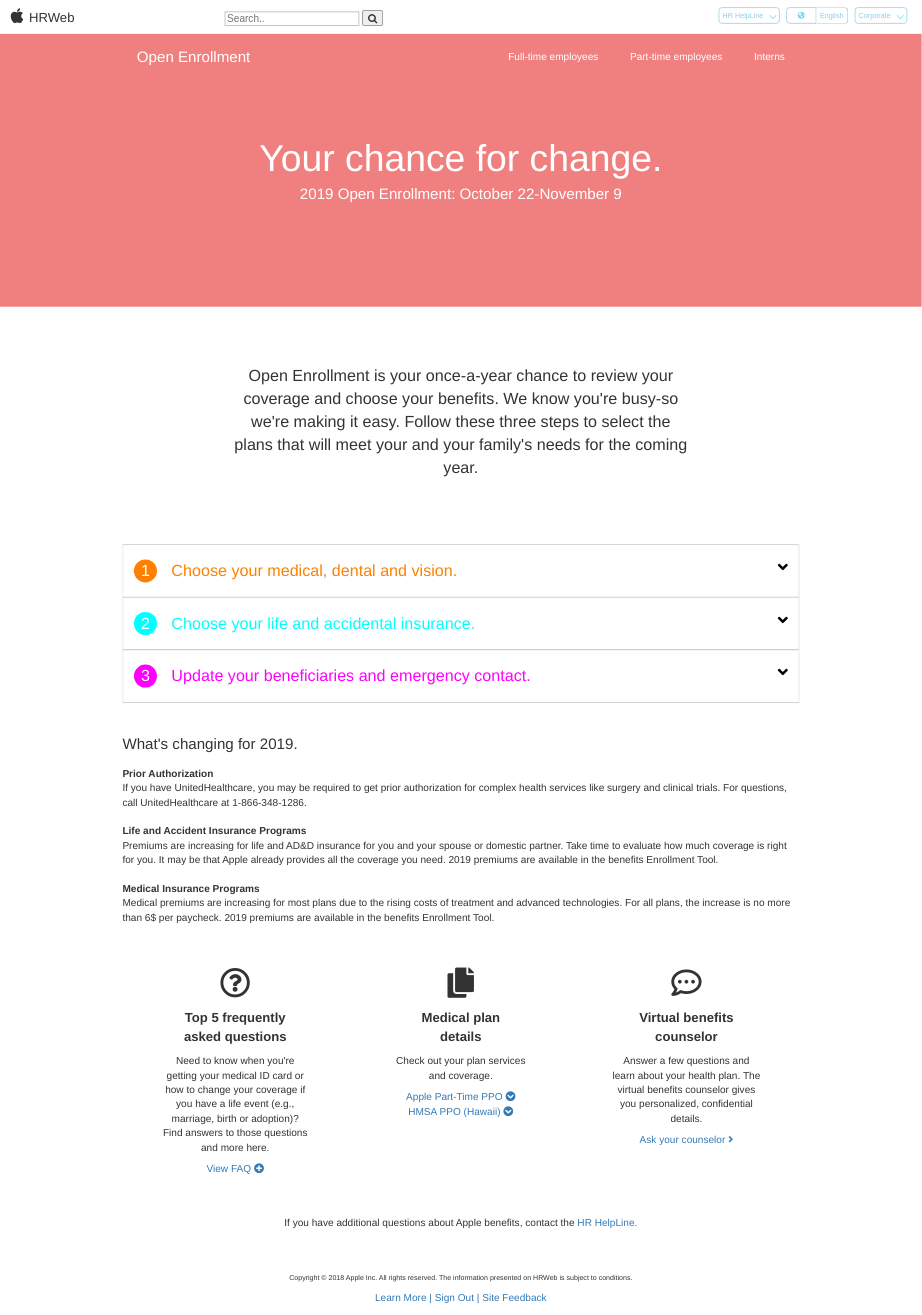
Repository: rmcc0724/templates
Page: index.html
The author's editor kept a record of every edit. The page is drawn from the files as they stood at one moment, then again after the next edit.
The browser window is 1280 px wide. The pictures show the whole page, at 72% of full size.
Some web libraries are served in a nearby version.

Above is the page before.

### index.html
<!DOCTYPE html>
<html lang="en">
<head>
  <meta name="viewport" content="width=device-width, initial-scale=1" <title>
  </title>
  <link rel="stylesheet" href="https://use.fontawesome.com/releases/v5.5.0/css/all.css" integrity="sha384-B4dIYHKNBt8Bc12p+WXckhzcICo0wtJAoU8YZTY5qE0Id1GSseTk6S+L3BlXeVIU" crossorigin="anonymous">
  <link rel="stylesheet" href="https://maxcdn.bootstrapcdn.com/bootstrap/3.3.7/css/bootstrap.min.css">
  <link rel="stylesheet" href="https://cdnjs.cloudflare.com/ajax/libs/font-awesome/4.7.0/css/font-awesome.min.css">
  <script src="https://ajax.googleapis.com/ajax/libs/jquery/3.3.1/jquery.min.js"></script>
  <script src="https://maxcdn.bootstrapcdn.com/bootstrap/3.3.7/js/bootstrap.min.js"></script>
  <script src="https://cdnjs.cloudflare.com/ajax/libs/popper.js/1.14.5/umd/popper.min.js"></script>
  <link rel="stylesheet" href="css/normalize.css">
  <link rel="stylesheet" href="css/style.css">
  <link rel="stylesheet" href="css/responsive.css">
</head>
<body>
  <div id="top-items">
    <p><i class="fab fa-apple fa-x3"></i>HRWeb</p>
    <div class="searchForm example">
      <input type="text" placeholder="Search.." name="search">
      <button type="submit"><i class="fa fa-search"></i></button>
    </div>

    <div class="dropdownItems">
      <div class="dropdown">
        <button class="dropbtn">HR HelpLine<i class="arrow down"></i></button>
        <div id="myDropdown" class="dropdown-content">
          <a href="#hrhelpline">1800-HR</a>
        </div>
      </div>
      <div class="dropdown earth">
        <button class="dropbtn"><i class="fas fa-globe-americas"></i></button>
        <div id="myDropdown" class="dropdown-content">
        </div>
      </div><div class="dropdown">
        <button class="dropbtn eng">English</button>
        <div id="myDropdown" class="dropdown-content">
          <a href="#hrhelpline">English</a>
        </div>
      </div>
      <div class="dropdown">
        <button class="dropbtn">Corporate<i class="arrow down"></i></button>
        <div id="myDropdown" class="dropdown-content">
          <a href="#hrhelpline">Corporate</a>
        </div>
      </div>
    </div>
  </div>
  <header>
    <div class="nav-links">
      <h3>Open Enrollment</h3>
      <nav>
        <ul>
          <li><a href="#">Full-time employees</a></li>
          <li><a href="#">Part-time employees</a></li>
          <li><a href="#">Interns</a></li>
        </ul>
      </nav>
    </div>
    <div class="change">
      <h1 class="text-center">Your chance for change.</h1>
      <h4 class="text-center">2019 Open Enrollment: October 22-November 9</h4>
    </div>
  </header>
  <div class="container">
    <div class="chance">
      <p>Open Enrollment is your once-a-year chance to review your coverage and choose your benefits. We know you're busy-so we're making it easy. Follow these three steps to select the plans that will meet your and your family's needs for the coming year.</p>
      <!----Here I used the bootstrap accordion function -->
      <div class="panel-group" id="accordion">
        <div class="panel panel-default panel_1">
          <div class="panel-heading">
            <h4 class="panel-title">
              <a data-toggle="collapse" data-parent="#accordion" href="#collapse1"><span class="nums num1">1 </span><span>Choose your medical, dental and vision.</span><i class="fas fa-angle-down"></i></a>
            </h4>
          </div>
          <div id="collapse1" class="panel-collapse collapse">
            <div class="panel-body">Medical, dental, and vision info here.</div>
          </div>
        </div>
        <div class="panel panel-default panel_2">
          <div class="panel-heading">
            <h4 class="panel-title">
              <a data-toggle="collapse" data-parent="#accordion" href="#collapse2"><span class="nums num2">2 </span><span>Choose your life and accidental insurance.</span><i class="fas fa-angle-down"></i></a>
            </h4>
          </div>
          <div id="collapse2" class="panel-collapse collapse">
            <div class="panel-body">Life and accidental insurance info here.</div>
          </div>
        </div>
        <div class="panel panel-default panel_3">
          <div class="panel-heading">
            <h4 class="panel-title">
              <a data-toggle="collapse" data-parent="#accordion" href="#collapse3"><span class="nums num3">3 </span><span>Update your beneficiaries and emergency contact.</span><i class="fas fa-angle-down"></i></a>
            </h4>
          </div>
          <div id="collapse3" class="panel-collapse collapse">
            <div class="panel-body">Beneficiaries and emergency contact info here.</div>
          </div>
        </div>
      </div>
    </div>
    <div class="changing">
      <h3>What's changing for 2019.</h3>
      <p><strong>Prior Authorization</strong><br/> If you have UnitedHealthcare, you may be required to get prior authorization for complex health services like surgery and clinical trials. For questions, call UnitedHealthcare at 1-866-348-1286.</p>

      <p><strong>Life and Accident Insurance Programs</strong><br/> Premiums are increasing for life and AD&D insurance for you and your spouse or domestic partner. Take time to evaluate how much coverage is right for you. It may be that Apple already provides
        all the coverage you need. 2019 premiums are available in the benefits Enrollment Tool.</p>

      <p><strong>Medical Insurance Programs</strong><br/> Medical premiums are increasing for most plans due to the rising costs of treatment and advanced technologies. For all plans, the increase is no more than 6$ per paycheck. 2019 premiums are available
        in the benefits Enrollment Tool.
      </p>
    </div>
    <div class="bottom">

      <div class="faq">
        <p><i class="far fa-question-circle fa-3x"></i></p>
        <p class=bottom-title><strong>Top 5 frequently<br />asked questions</strong></p>
          <p class=bottom-text>Need to know when you're getting your medical ID card or how to change your coverage if you have a life event (e.g., marriage, birth or adoption)? Find answers to those questions and more here.</p>
         <p class=bottom-link><a href="#">View FAQ <i class="fas fa-plus-circle "></i></a>
        </p>
      </div>
      <div class="faq">
        <p><i class="fas fa-copy fa-3x"></i></p>
        <p class=bottom-title><strong>Medical plan <br/>details</strong></p>
        <p class=bottom-text>Check out your plan services and coverage.<br/>
        <p class=bottom-link><a href="#">Apple Part-Time PPO <i class="fas fa-chevron-circle-down"></i></a></p>
        <p><a href="#">HMSA PPO (Hawaii) <i class="fas fa-chevron-circle-down"></i></a>
        </p>
      </div>

      <div class="faq">
        <p><i class="far fa-comment-dots fa-3x"></i></p>
        <p class=bottom-title> <strong>Virtual benefits<br/>counselor</strong></p>
        <p class=bottom-text>Answer a few questions and learn about your health plan. The virtual benefits counselor gives you personalized, confidential details.<p/>
          <p class=bottom-link><a chref="#">Ask your counselor <i class="fas fa-angle-right"></i></a>
        </p>
      </div>
    </div>
    <footer>
      <p class="text-center questions">If you have additional questions about Apple benefits, contact the <a ref="#">HR HelpLine.</a></p>
      <p class="copyright">Copyright &#169; 2018 Apple Inc. All rights reserved. The information presented on HRWeb is subject to conditions.</p>
      <ul class="footer-links">
        <li><a href="#">Learn More |</a></li>
        <li><a href="#"> Sign Out |</a></li>
        <li><a href="#"> Site Feedback</a></li>
      </ul>
    </footer>
  </div>
</body>
</html>

### css/style.css
body {
    margin: 0 auto;
}

a:hover {
    text-decoration: none;
}

.container {
    max-width: 970px;
    padding-top: 0px;
}

/************************************************/

/*    Header:       */

/************************************************/

header {
    background-color: lightcoral;
    padding-top: 10px;
    padding-bottom: 15px;
}

nav ul li {
    display: block;
}


h3 {
    margin: 10px 0 20px;
    font-size: 1.5em;
}

h4 {
    font-size: 1em;
    margin: 1em 0;
}

#top-items,
#top,
ul {
    text-align: center;
}

ul li {
    list-style: none;
}


ul {
    padding-left: 0 !important;
}

h1 {
    font-size: 1.9em;
}


.nav-links h3,
.nav-links nav a {
    color: #fff;
}

header,
.nav-links nav a {
    color: white;
    margin-top: 15px;
}

#top-items p {
    margin: 15px 0 10px;
    font-size: 20pt;
}




.example input {
    border-style: solid;
    border-width: 1pt;
    border-color: #afafaf;
}



.changing {
    margin-top: 25px;
}

.dropdown {
    float: right;
    position: relative;
    display: inline-block;
}

.dropdown a:hover {
    background-color: #ddd;
}

.show {
    display: block;
}


.dropdown.earth button {
    margin-right: 0;
    border-bottom-right-radius: 0;
    border-top-right-radius: 0;
}

.dropbtn i.fas.fa-globe-americas {
    border: none;
    display: inline-block;
    padding: 0;
    margin-right: 10px;
}

.dropbtn.eng {
    border-bottom-left-radius: 0;
    border-top-left-radius: 0;
    border-left: 0;
}


.example button {
    vertical-align: baseline;
}



.searchForm {
    display: inline;
}


.change h4 {
    margin: 5px 15px;
}

.change h1 {
    margin: 10px 15px;
}

i.fab.fa-apple {
    margin-right: 8px;
    font-size: 1.3em;
}

/************************************************/

/*    Body:       */

/************************************************/

.chance {
    margin: 0 auto;
    margin-top: 15px;
}


.chance p {
    text-align: center;
    max-width: 700px;
    margin: 0px auto 15px;
}

.dropdown {
    float: initial;
    position: relative;
    display: inline-block;
}


.dropbtn {
    background-color: #fff;
    color: skyblue;
    padding: 5px;
    font-size: 10px;
    border: none;
    cursor: pointer;
    border-style: solid;
    border-radius: 5px;
    border-width: thin;
    margin-top: 15px;
}

.dropbtn:hover,
.dropbtn:focus {
    background-color: #fff;
}



.dropdown-content {
    display: none;
    position: absolute;
    background-color: #f1f1f1;
    min-width: 160px;
    overflow: auto;
    box-shadow: 0px 8px 16px 0px rgba(0, 0, 0, 0.2);
    right: 0;
    z-index: 1;
}

.dropdown-content a {
    color: black;
    padding: 12px 16px;
    text-decoration: none;
    display: block;
}

.dropdown i {
    border: solid skyblue;
    border-width: 0 1px 1px 0;
    display: inline-block;
    padding: 3px;
    margin-left: 10px;
}

.right {
    transform: rotate(-45deg);
    -webkit-transform: rotate(-45deg);
}

.left {
    transform: rotate(135deg);
    -webkit-transform: rotate(135deg);
}

.up {
    transform: rotate(-135deg);
    -webkit-transform: rotate(-135deg);
}

.down {
    transform: rotate(45deg);
    -webkit-transform: rotate(45deg);
}

.bottom {
    display: block;
    margin: 25px 0 35px;
}


.bottom strong {
    font-size: 1.3em;
}


.bottom p,
.text-center.questions {
    margin-bottom: 0;
    text-align: center;
}

.bottom-desk,
i.fas.fa-angle-down {
    display: none;
}

.bottom-mobile {
display: block;
}


.fas.fa-globe-americas {
    border: solid white;
    border-width: 0 1px 1px 0;
    display: inline-block;
    margin-right: 10px;
}

.panel-title a,
.panel-title a:hover {
    text-decoration: none;
}

.panel-title {
    font-size: .9em;
}


#accordion i.fas.fa-chevron-circle-down {
    display: none;
}

.nums {
    margin-right: 5px;
}

#accordion {
    margin: 0 auto;
}


.faq {
    margin-bottom: 20px;
    padding: 0 30px;
}

p.text-center.questions {
    margin-bottom: 30px;
}

p.bottom-link {
    margin-top: 10px;
}

/************************************************/

/*    Footer:       */

/************************************************/

footer li {
    display: inline-block;
}

footer p,
header h3 {
    text-align: center;
}


footer {
    margin-top: 0px;
}

### css/responsive.css
/************************************************/

/*    Header:       */

/************************************************/

@media screen and (min-width: 768px) {
    nav ul li {
        display: inline;
    }

    nav ul {
        float: right;
    }

    header {
        margin-top: 0;
        background-color: lightcoral;
        padding-top: 20px;
        padding-bottom: 140px;
    }

    header ul li {
        margin-left: 40px;
    }

    header h3,
    nav {
        display: inline;
    }


    h1 {
        font-size: 2.7em;
    }

    .nav-links {
        max-width: 940px;
        margin: 0 auto;
        padding: 0 20px;
    }

    #top-items {
        text-align: initial;
        padding: 10px 15px;
    }


    #top-items p,
    #top-items .example {
        display: inline-block;
    }

    .change {
        padding-top: 90px;
    }
    .dropdownItems {
        float: right;
    }

    #top-items p {
        margin: 0px;
        font-size: 1.3em;
    }


    .searchForm.example {
        text-align: right;
        width: 30%;
        margin-left: 4%;
        /* margin-bottom: 5px; */
    }

    .nav-links ul {
        margin: 1px 0 0;
    }

    .dropbtn {
        margin-top: 0px;
    }

    /************************************************/
    /*    Body:       */
    /************************************************/
    .dropdown {
        position: relative;
        display: inline-block;
    }

    .bottom div {
 width: 28.33%;
        margin: 0 auto;
    }


    .bottom {
        margin: 40px 0 55px;
        display: -webkit-inline-flex;
    }

    .bottom-desk {
        display: -webkit-inline-flex;
    }

    .bottom-mobile {
        display: none;
    }

    button.dropbtn {
        margin-right: 5px;
    }

    .chance p {
        margin: 0px auto 90px;
        text-align: center;
        font-size: 1.6em;
        max-width: 635px;
    }
    .chance {
        margin: 0 auto;
        margin-top: 80px;
    }

    h4 {
        font-size: 1.5em;
    }

    .changing {
        margin-top: 45px;
    }

  .bottom-title {
      margin-bottom: 10px !important;
  }

    .changing p {
        margin: 0 0 20px;
    }


    .panel-heading {
        padding: 20px 15px;
        border-bottom: 1px solid transparent;
        border-top-left-radius: 3px;
        border-top-right-radius: 3px;
    }

    .panel-default>.panel-heading {
        background-color: #fff;
    }

    .panel-default {
        border-color: #fff;
    }

    .panel {
        margin-bottom: 20px;
        background-color: #c3c3c3;
        border: 1px solid transparent;
        -webkit-box-shadow: 0 1px 1px rgba(0, 0, 0, .05);
        box-shadow: 0 0px 0px rgba(0, 0, 0, .05);
        border-left-color: #fff;
        border-right-color: #fff;
        border-bottom-left-radius: 0 !important;
        border-top-left-radius: 0 !important;
        border-bottom-right-radius: 0 !important;
        border-top-right-radius: 0 !important;
    }
    .panel-title {
        margin-top: 0;
        margin-bottom: 0;
        font-size: 1.6em;
        color: #fff;
    }
    .panel-group .panel-heading+.panel-collapse>.list-group,
    .panel-group .panel-heading+.panel-collapse>.panel-body {
        border-top: 0px solid #ddd;
    }


    .panel-default>.panel-heading {
        color: #333;
        border-color: #ddd;
        border-bottom-left-radius: 0 !important;
        border-top-left-radius: 0 !important;
        border-bottom-right-radius: 0 !important;
        border-top-right-radius: 0 !important;
    }

    .panel-group .panel+.panel {
        margin-top: -1px;
    }

    .panel-collapse {
        background-color: #fff;
    }
    .nums {
        height: 32px;
        width: 32px;
        border-radius: 50%;
        display: inline-block;
        padding-left: 10px;
        padding-top: 3.5px;
        color: #fff;
        margin-right: 20px;
    }

    .num1 {
        background-color: #ff8000;
    }

    .num2 {
        background-color: #00ffff;
    }

    .num3 {
        background-color: #ff00ff;
    }

    .panel_1 h4 {
        color: #ff8000;
    }

    .panel_2 h4 {
        color: #00ffff;
    }

    .panel_3 h4 {
        color: #ff00ff;
    }

    #accordion i.fas.fa-chevron-circle-down {
        display: inline;
        float: right;
    }

    i.fas.fa-angle-down {
        float: right;
        color: #000;
    }

    i.fas.fa-angle-down {
        display: -webkit-inline-box;
    }


    .far.fa-question-circle.fa-3x, .fas.fa-copy.fa-3x, .far.fa-comment-dots.fa-3x {
    margin-bottom: 15px;
}


    /************************************************/
    /*    Footer:       */
    /************************************************/

p.copyright {
    font-size: .7em;
}

p.text-center.questions {
    margin-bottom: 60px;
}

footer ul {
    margin-top: 0;
}
}

@media screen and (min-width: 950px) {
    h1 {
        font-size: 3.7em;
    }
}

Loaded but not shown: css/normalize.css (library)

After the next edit:
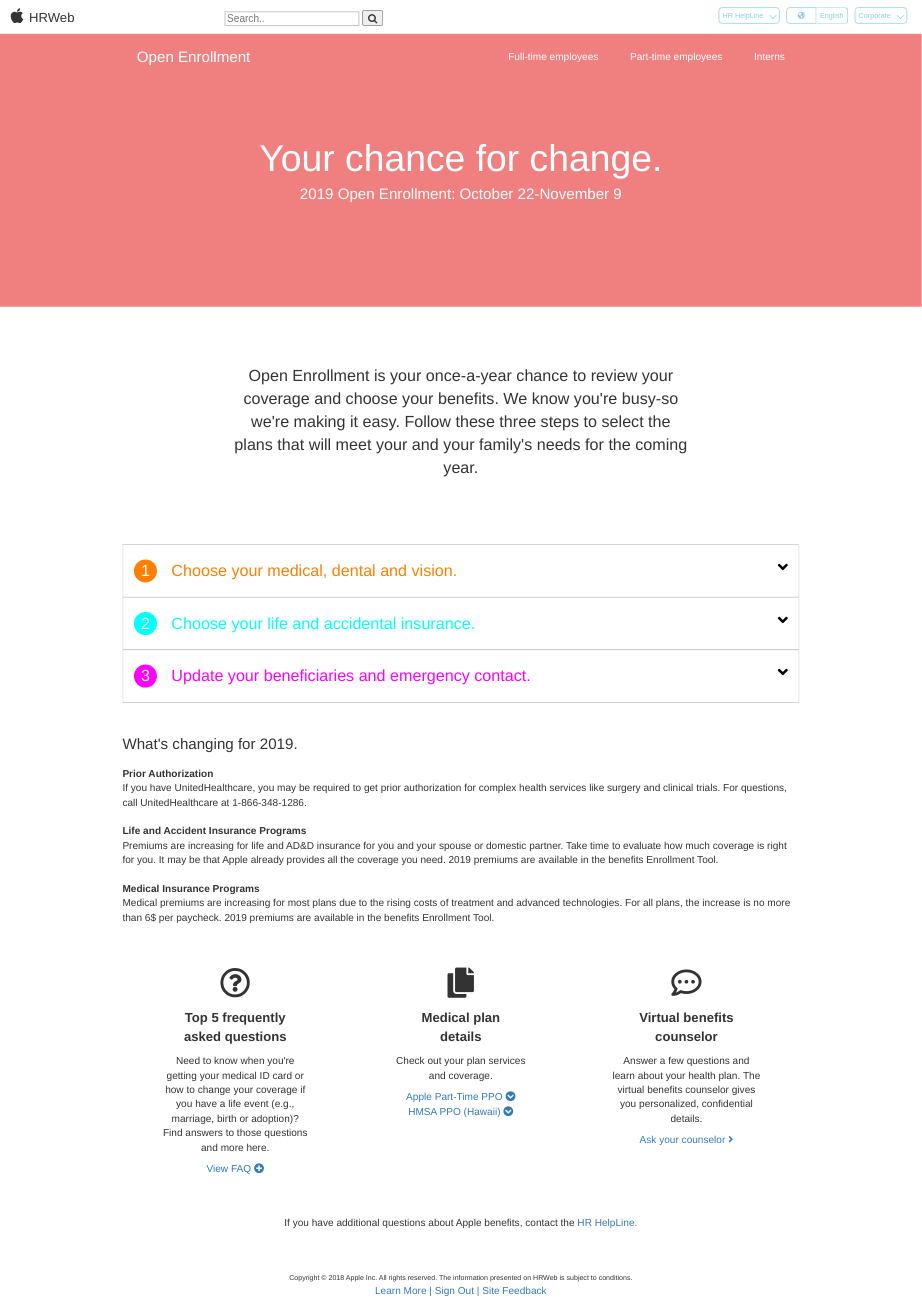
The edit:
--- a/css/responsive.css
+++ b/css/responsive.css
@@ -264,6 +264,10 @@
 footer ul {
     margin-top: 0;
 }
+
+.copyright{
+    margin-bottom: 0;
+}
 }
 
 @media screen and (min-width: 950px) {
